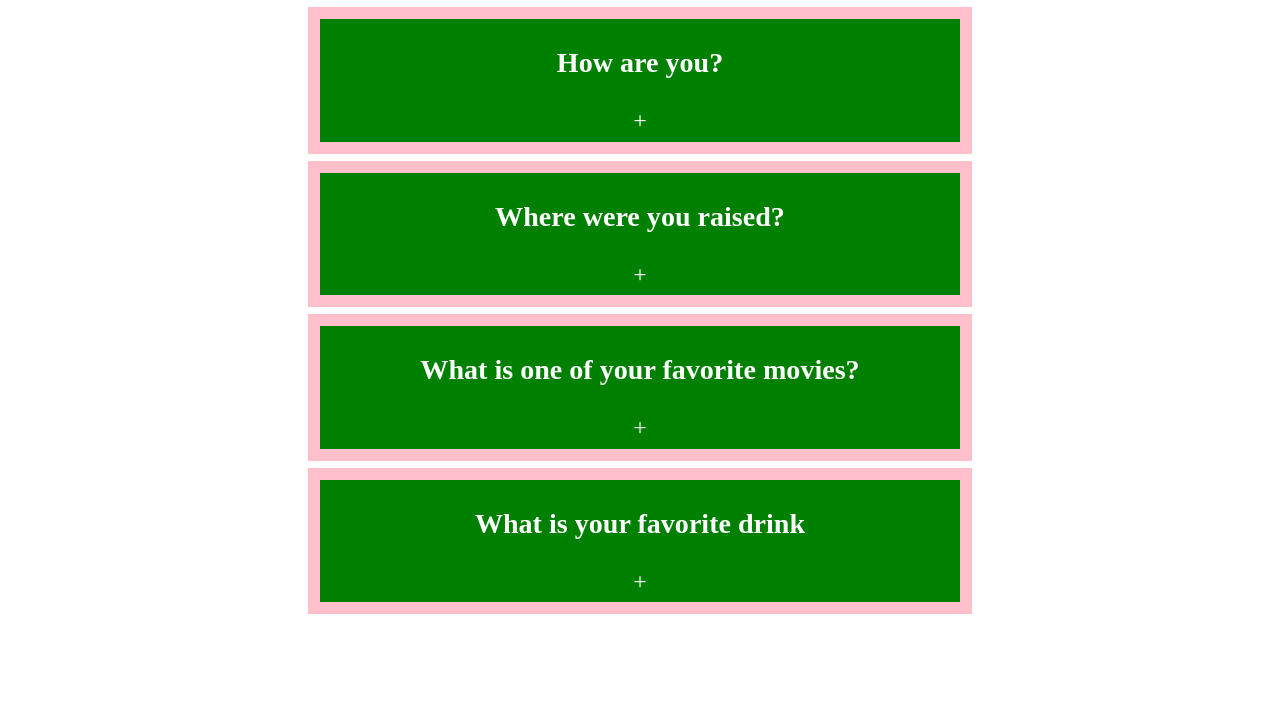
Repository: kosenijr/react-projects
Page: / (app in accordion/)
An editor plug-in stored every save of this project. The page is shown before and after the next save, followed by the edit.
The browser window is 1280 px wide. The pictures show the whole page.
The project was rebuilt for these pictures with package versions that can differ from the ones it lists, and the page was loaded fresh each time.

Above is the page before, as saved 2024-03-02 22:44:27.

### accordion/src/App.js
import React from "react";
import "./App.css";
import Accordion from "./components/Accordion";

function App() {
  return (
    <div className="App">
      <Accordion />
    </div>
  );
}

export default App;

### accordion/src/components/Accordion.js
import React, { useState } from "react";
import "../styles/Accordion.css";
import data from "../data";

function Accordion() {
  // setting up useState
  const [selected, setSelected] = useState(null);
  // setting up handling
  const handleSingleSelection = (getCurrentId) => {
    console.log(selected, getCurrentId);
    // setSelected(getCurrentId === selected ? null : getCurrentId); // keep add condition for closure
    setSelected(selected !== getCurrentId ? getCurrentId : null)
  };

  return (
    <div className="wrapper">
      {/* single selection accordion */}
      <div className="accordion">
        {data && data.length > 0 ? (
          data.map((dataItem) => (
            <div className="item" key={dataItem.id}>
              {" "}
              {/* always remember to add key */}
              <div
                className="title"
                onClick={() => handleSingleSelection(dataItem.id)}
              >
                <h3>{dataItem.question}</h3>
                <span>+</span>
              </div>
              {selected === dataItem.id ? (
                <div className="content ">{dataItem.answer}</div>
              ) : null}
            </div>
          ))
        ) : (
          <div>No data found!</div>
        )}
      </div>
    </div>
  );
}

export default Accordion;

### accordion/src/styles/Accordion.css
.wrapper {
  height: 100vh;
  width: 100vw
}
.accordion {
  color: white;
}

.item {
  background-color: green;
  font-size: 1.5em;
  font-family: "Raleway", "Times New Roman";
  margin: 1vh auto;
  padding-bottom: 1vh;
  width: 50vw;
  border: 0.5em solid pink
}

.content {
  font-size: 1.2em;
  font-family:  "Raleway", "Times New Roman";
  font-weight: 700;
}

### accordion/src/data.js
const data = [
  {
    id: 1,
    question: "How are you?",
    answer: "I am well!",
  },

  {
    id: 2,
    question: "Where were you raised?",
    answer: "I was raised in Queens.",
  },

  {
    id: 3,
    question: "What is one of your favorite movies?",
    answer: "Harlem Nights",
  },

  {
    id: 4,
    question: "What is your favorite drink",
    answer: "Water",
  },
];

export default data;

Loaded but not shown: accordion/public/index.html (common file); accordion/src/index.js (common file); accordion/src/index.css (common file); accordion/src/reportWebVitals.js (common file); accordion/src/App.css (common file)

After the next save:
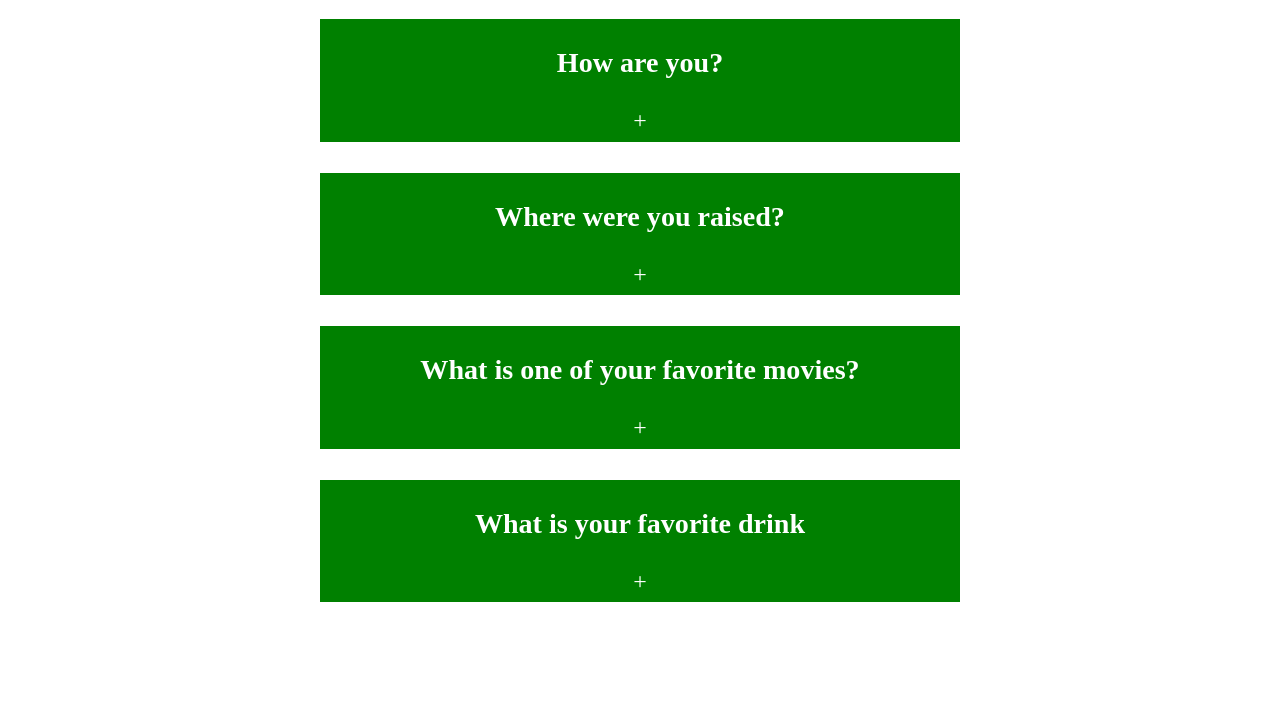
Saved 9 s later.
--- a/accordion/src/styles/Accordion.css
+++ b/accordion/src/styles/Accordion.css
@@ -13,7 +13,7 @@
   margin: 1vh auto;
   padding-bottom: 1vh;
   width: 50vw;
-  border: 0.5em solid pink
+  border: 0.5em solid white
 }
 
 .content {
